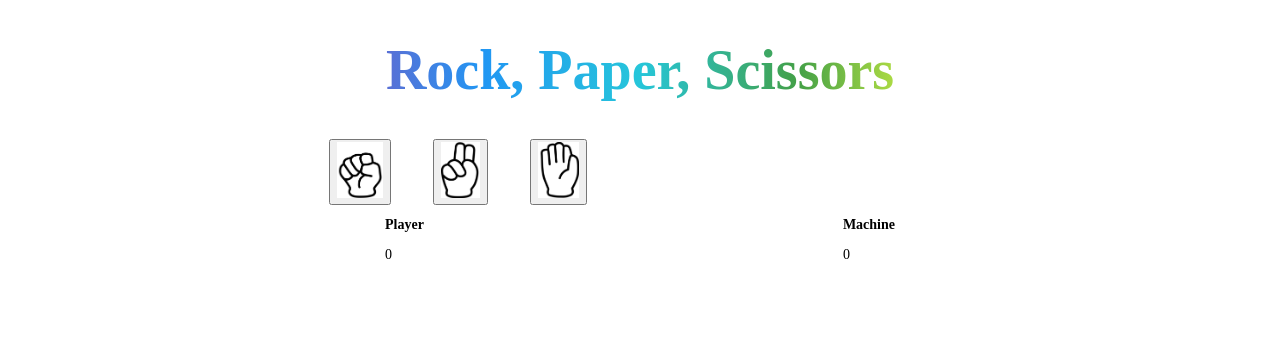
Repository: dung8466/RPS
Page: index.html
An editor plug-in stored every save of this project. The page is shown before and after the next save, followed by the edit.
The browser window is 1280 px wide. The pictures show the whole page.

Above is the page before, as saved 2022-07-01 19:22:57.

After the next save:
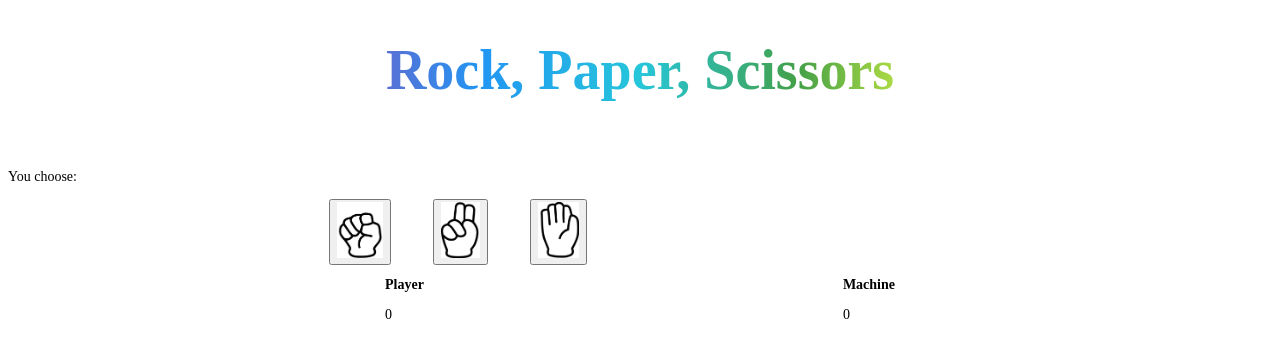
Saved 99 s later.
--- a/index.html
+++ b/index.html
@@ -12,6 +12,11 @@
     <h1 class="header">
         Rock, Paper, Scissors
     </h1>
+    <div class="player-choice">
+        <img src="" alt="" id="player-choice">
+        <p>You choose:</p>
+        <p class="player-choice"></p>
+    </div>
     <div class="board flex-box">
         <div class="player flex-box">
             <button class="rock">
